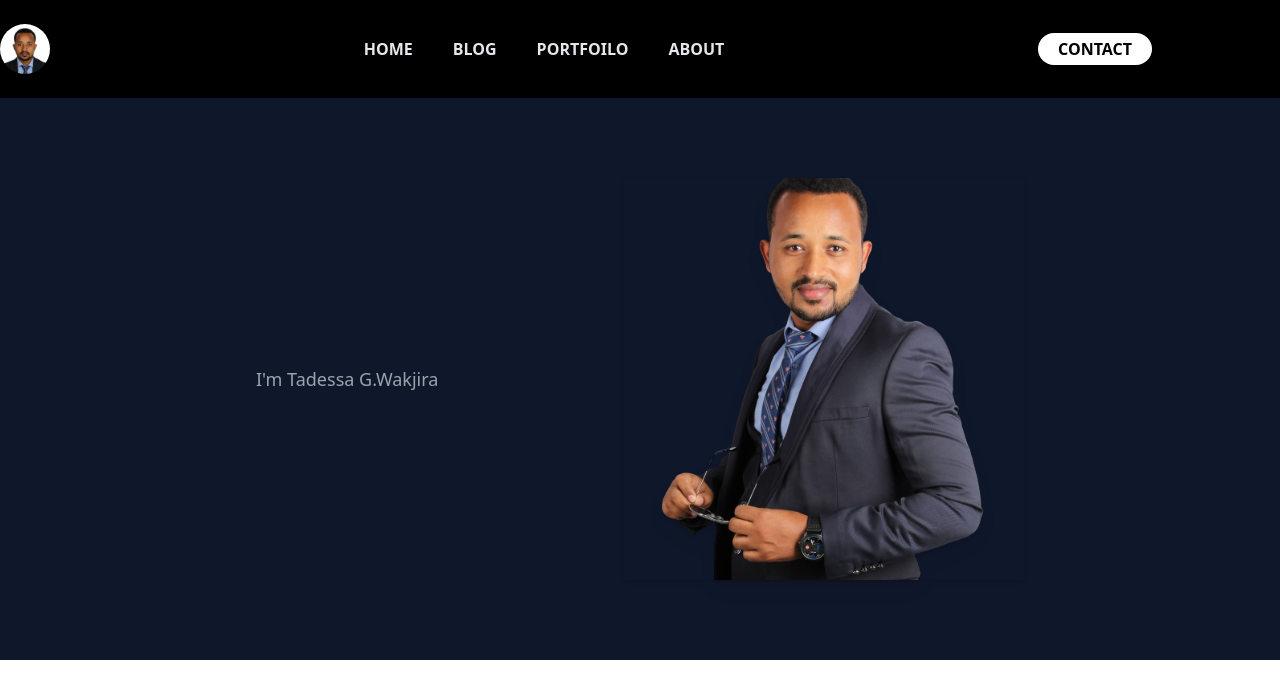
Repository: Elias-Kibret/Tade-portfoilo
Page: /
The author's editor kept a copy of each file at every save. The page is drawn from the files as they stood at one save, then again after the next save.
The browser window is 1280 px wide. The pictures show the whole page.
The project was rebuilt for these pictures with package versions that can differ from the ones it lists, and the page was loaded fresh each time. The framework's server and built-in components were replaced by stand-ins that run in the browser. Also part of the build but not shown: next.config.js.

Above is the page before, as saved 2022-06-27 07:59:53.

After the next save:
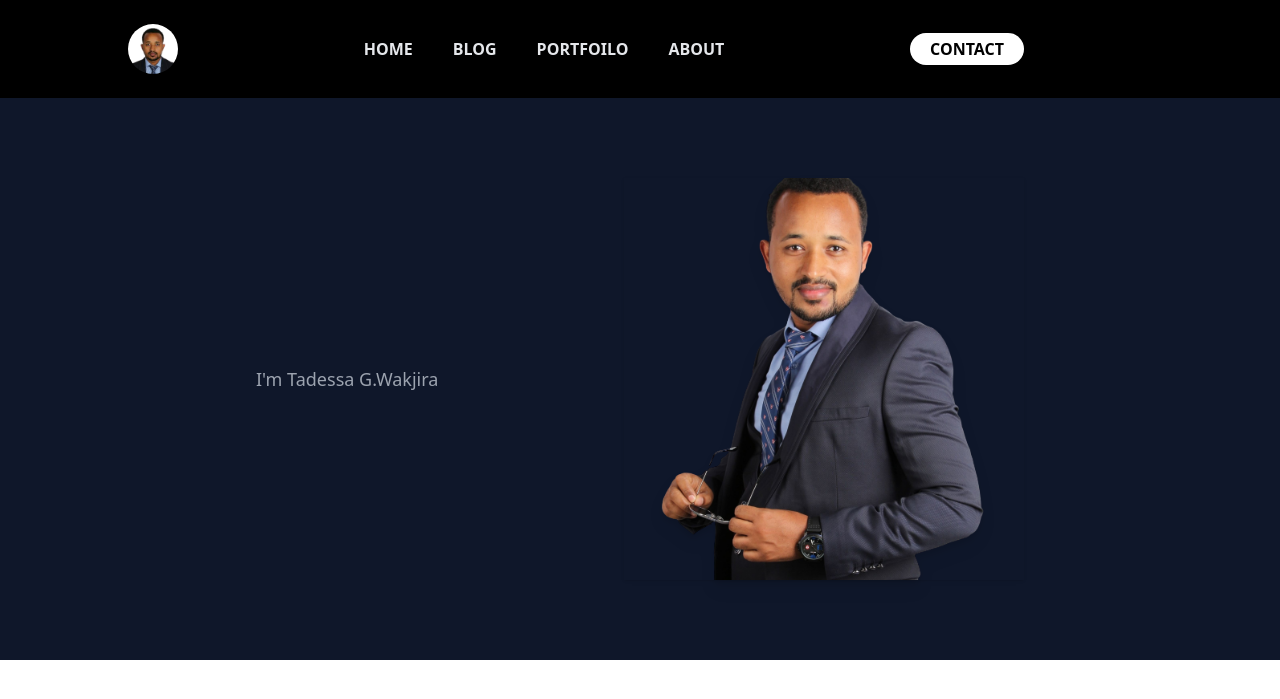
Saved 13 s later.
--- a/components/Header.tsx
+++ b/components/Header.tsx
@@ -4,7 +4,7 @@
 import Logo from '../public/Img/Tadesse.png'
 const Header = () => {
   return (
-<header className=" bg-black font-semibold  px-30 py-6 text-gray-200">
+<header className=" bg-black font-semibold  px-32 py-6 text-gray-200">
    <div className="flex justify-between items-center">
       <div className="flex items-center space-x-4">
     <Image src={Logo}   className="rounded-full" width={50} height={50}/>

After the save that followed:
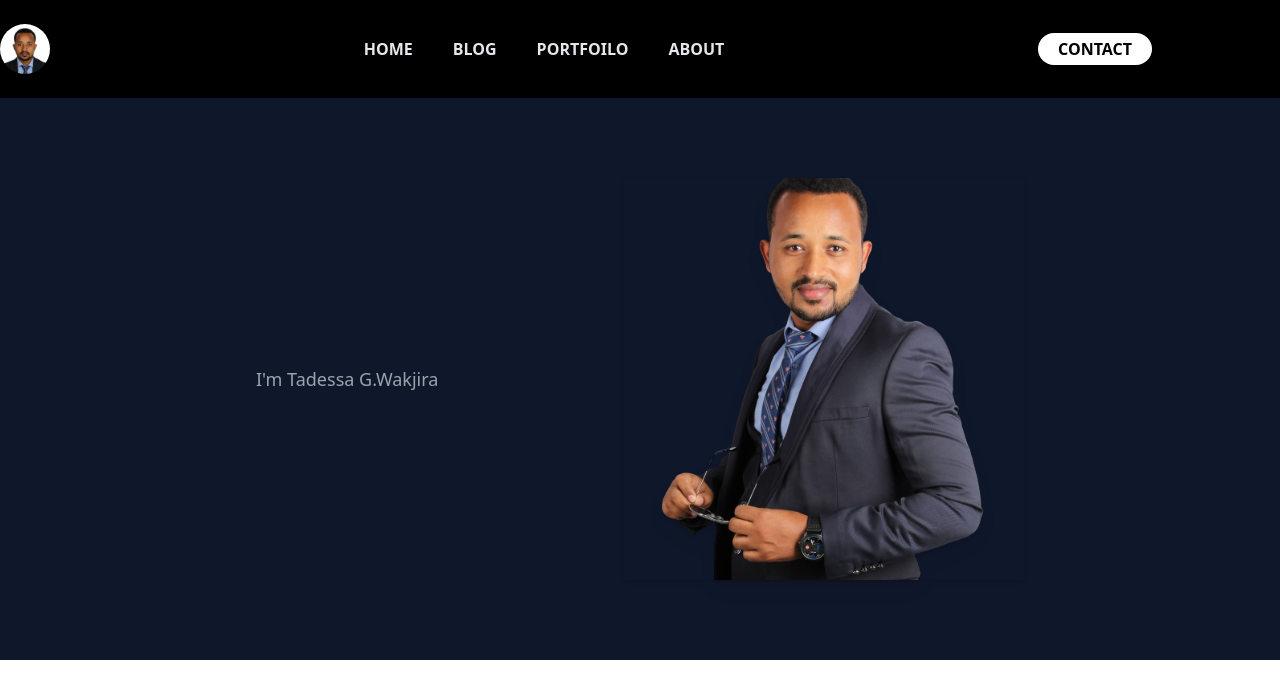
Saved 7 s later.
--- a/components/Header.tsx
+++ b/components/Header.tsx
@@ -4,7 +4,7 @@
 import Logo from '../public/Img/Tadesse.png'
 const Header = () => {
   return (
-<header className=" bg-black font-semibold  px-32 py-6 text-gray-200">
+<header className=" bg-black font-semibold  lx-32 py-6 text-gray-200">
    <div className="flex justify-between items-center">
       <div className="flex items-center space-x-4">
     <Image src={Logo}   className="rounded-full" width={50} height={50}/>
